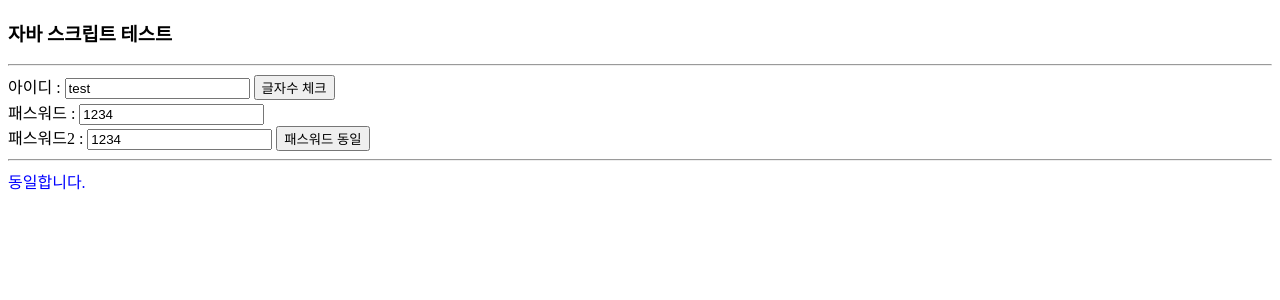
Repository: songhyeonjun/java
Page: http://localhost/spring05/js1.jsp
The author's editor kept a copy of each file at every save. The page is drawn from the files as they stood at one save, then again after the next save.
The browser window is 1280 px wide. The pictures show the whole page.
After loading, the first visible `button[onclick="pwCheck()"]` was clicked once.
The page is served by Tomcat 9.

Above is the page before, as saved 2022-02-17 02:50:30.

After the next save:
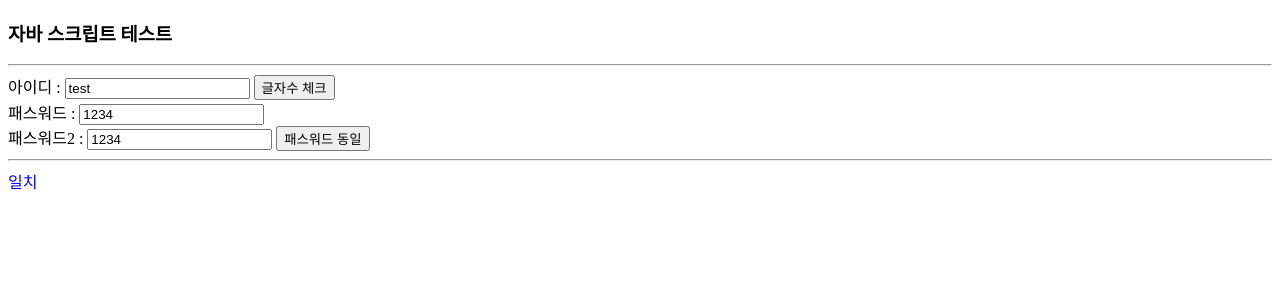
Saved 64 s later.
--- a/spring05/src/main/webapp/js1.jsp
+++ b/spring05/src/main/webapp/js1.jsp
@@ -34,12 +34,13 @@ function pwCheck() {
 	text = "";
 	if(pw1Value == pw2Value) {
 		console.log("일치");
-		text = "<span style='color:blue;'>동일합니다.</span>"
+		text = "<span style='color:blue;'>일치</span>"
 	}
 	else {
 		console.log("불일치");
 		document.getElementById("pw1").value = "";
 		document.getElementById("pw2").value = "";
+		text = "<span style='color:red;'>불일치</span>"
 	}
 	document.getElementById("result").innerHTML = text;
 }
